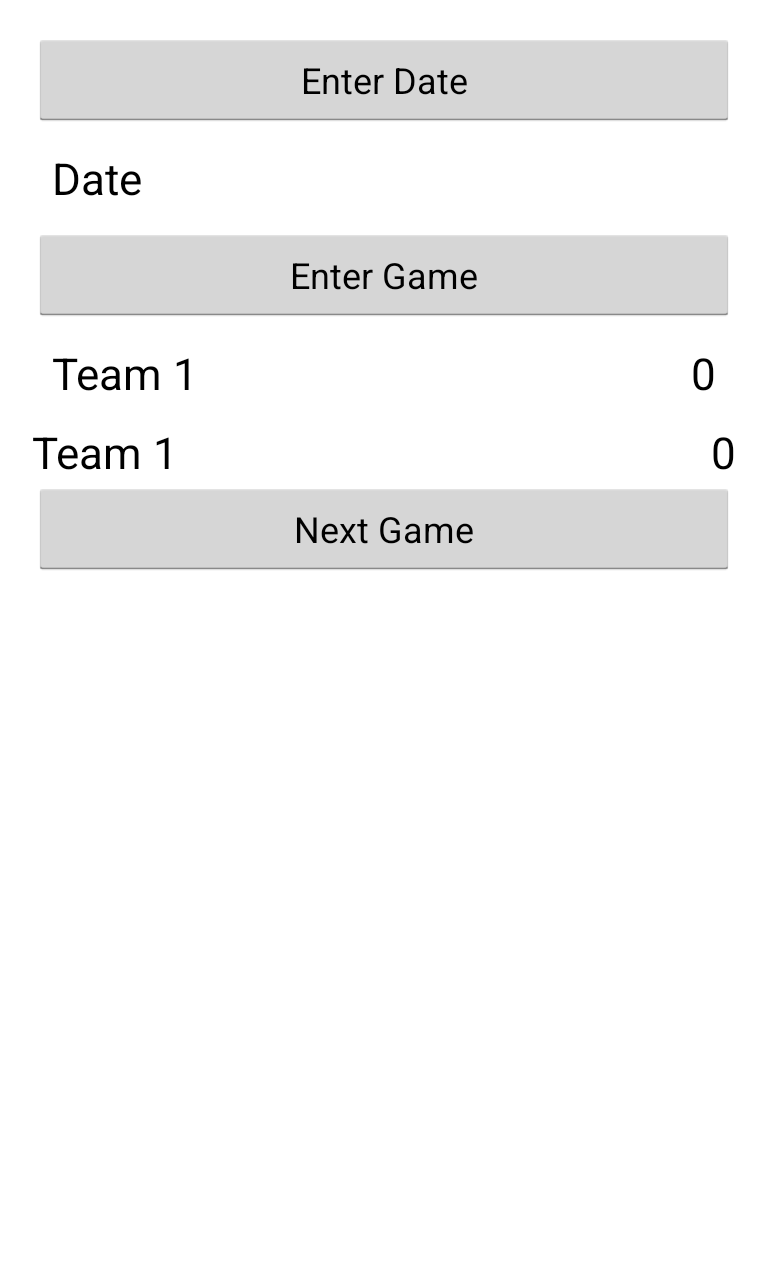
Repository: shervinshaikh/Android
Layout: NBAScoreTracker/res/layout/activity_sport_scores.xml
The author's editor kept a copy of each file at every save. The layout is drawn from the files as they stood at one save, then again after the next save.
It is drawn on a 768 x 1280 px phone screen (xhdpi) without system bars, with theme AppTheme; the app's code is not run.

Above is the layout before, as saved 2013-04-27 18:46:37.

### NBAScoreTracker/res/layout/activity_sport_scores.xml
<LinearLayout
	xmlns:android="http://schemas.android.com/apk/res/android"
    xmlns:tools="http://schemas.android.com/tools"
    android:layout_width="match_parent"
    android:layout_height="match_parent"
    android:paddingBottom="@dimen/activity_vertical_margin"
    android:paddingLeft="@dimen/activity_horizontal_margin"
    android:paddingRight="@dimen/activity_horizontal_margin"
    android:paddingTop="@dimen/activity_vertical_margin"
    tools:context=".SportScores"
    android:screenOrientation="portrait"
    android:orientation="vertical"
    >

    <Button
        android:id="@+id/enter_date_button"
        android:layout_width="fill_parent"
        android:layout_height="wrap_content"
        android:text="@string/enter_date"
        />

    <TextView
        android:id="@+id/textView1"
        android:layout_width="wrap_content"
        android:layout_height="wrap_content"
        android:text="@string/date"
        android:textAppearance="?android:attr/textAppearanceLarge"
        android:padding="10dip" />

    <Button
        android:id="@+id/enter_game_button"
        android:layout_width="fill_parent"
        android:layout_height="wrap_content"
        android:text="@string/enter_game"
        />

    <RelativeLayout
        android:layout_width="match_parent"
        android:layout_height="wrap_content" >

        <TextView
            android:id="@+id/textView2"
            android:layout_width="wrap_content"
            android:layout_height="wrap_content"
            android:text="@string/team1"
            android:textAppearance="?android:attr/textAppearanceLarge"
            android:gravity="left"
            android:padding="10dip" />

        <TextView
            android:id="@+id/textView4"
            android:layout_width="wrap_content"
            android:layout_height="wrap_content"
            android:gravity="right"
            android:text="@string/zero"
            android:textAppearance="?android:attr/textAppearanceLarge"
            android:layout_alignParentRight="true"
        	android:layout_alignParentTop="true"
        	android:padding="10dip" />

    </RelativeLayout>

    <RelativeLayout
        android:layout_width="match_parent"
        android:layout_height="wrap_content" >

        <TextView
            android:id="@+id/textView3"
            android:layout_width="wrap_content"
            android:layout_height="wrap_content"
            android:text="@string/team1"
            android:textAppearance="?android:attr/textAppearanceLarge" />

        <TextView
            android:id="@+id/textView5"
            android:layout_width="wrap_content"
            android:layout_height="wrap_content"
            android:text="@string/zero"
            android:textAppearance="?android:attr/textAppearanceLarge"
            android:layout_alignParentRight="true"
        	android:layout_alignParentTop="true" />

    </RelativeLayout>

    <Button
        android:id="@+id/next_game_button"
        android:layout_width="fill_parent"
        android:layout_height="wrap_content"
        android:text="@string/next_game"
        />

</LinearLayout>

### NBAScoreTracker/res/values/strings.xml
<?xml version="1.0" encoding="utf-8"?>
<resources>

    <string name="app_name">NBAScoreTracker</string>
    <string name="action_settings">Settings</string>
    <string name="hello_world">Hello world!</string>

    <string name="enter_date">Enter Date</string>
    <string name="enter_game">Enter Game</string>
    <string name="next_game">Next Game</string>

    <string name="date">Date</string>
    <string name="team1">Team 1</string>
    <string name="team2">Team 2</string>
    <string name="zero">0</string>

</resources>

Loaded but not shown: NBAScoreTracker/res/values/styles.xml (common file); NBAScoreTracker/res/values-v11/styles.xml (common file); NBAScoreTracker/res/values-v14/styles.xml (common file); NBAScoreTracker/res/values/dimens.xml (common file)

After the next save:
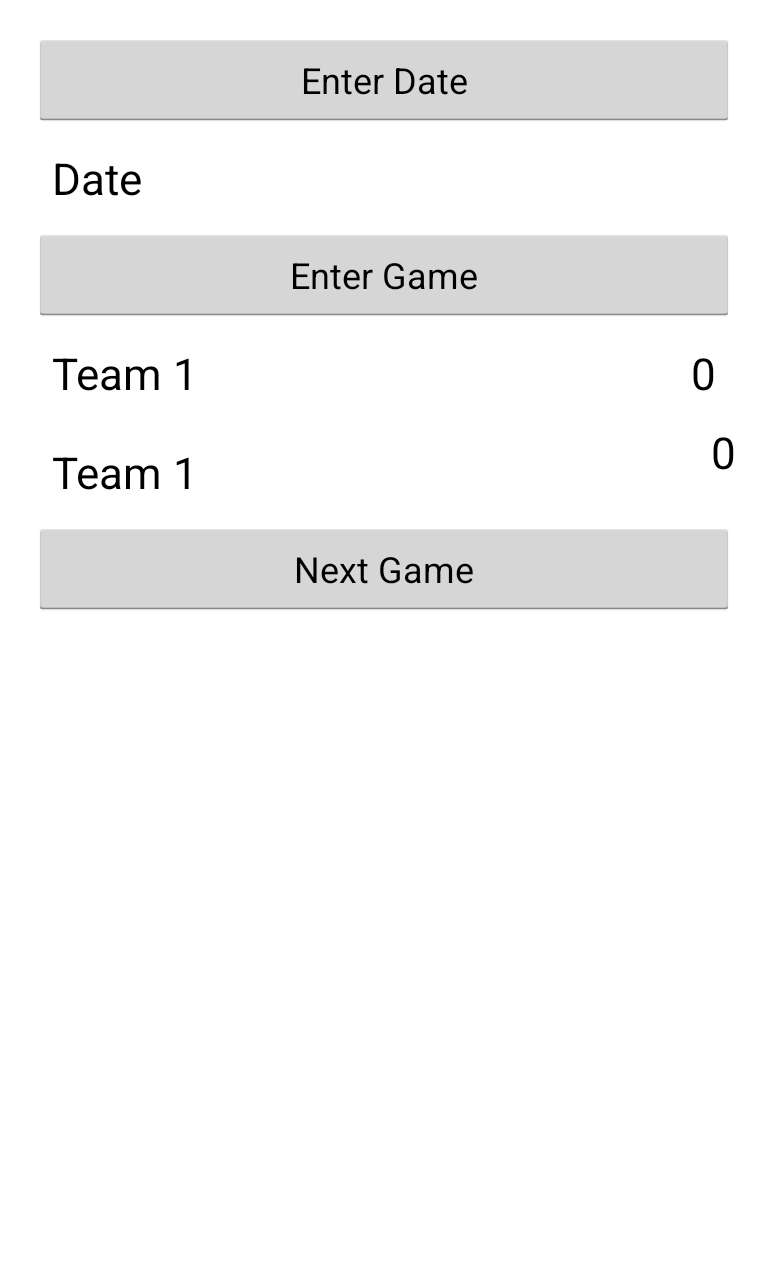
Saved 27 s later.
--- a/NBAScoreTracker/res/layout/activity_sport_scores.xml
+++ b/NBAScoreTracker/res/layout/activity_sport_scores.xml
@@ -69,7 +69,8 @@
             android:layout_width="wrap_content"
             android:layout_height="wrap_content"
             android:text="@string/team1"
-            android:textAppearance="?android:attr/textAppearanceLarge" />
+            android:textAppearance="?android:attr/textAppearanceLarge"
+            android:padding="10dip" />
 
         <TextView
             android:id="@+id/textView5"
